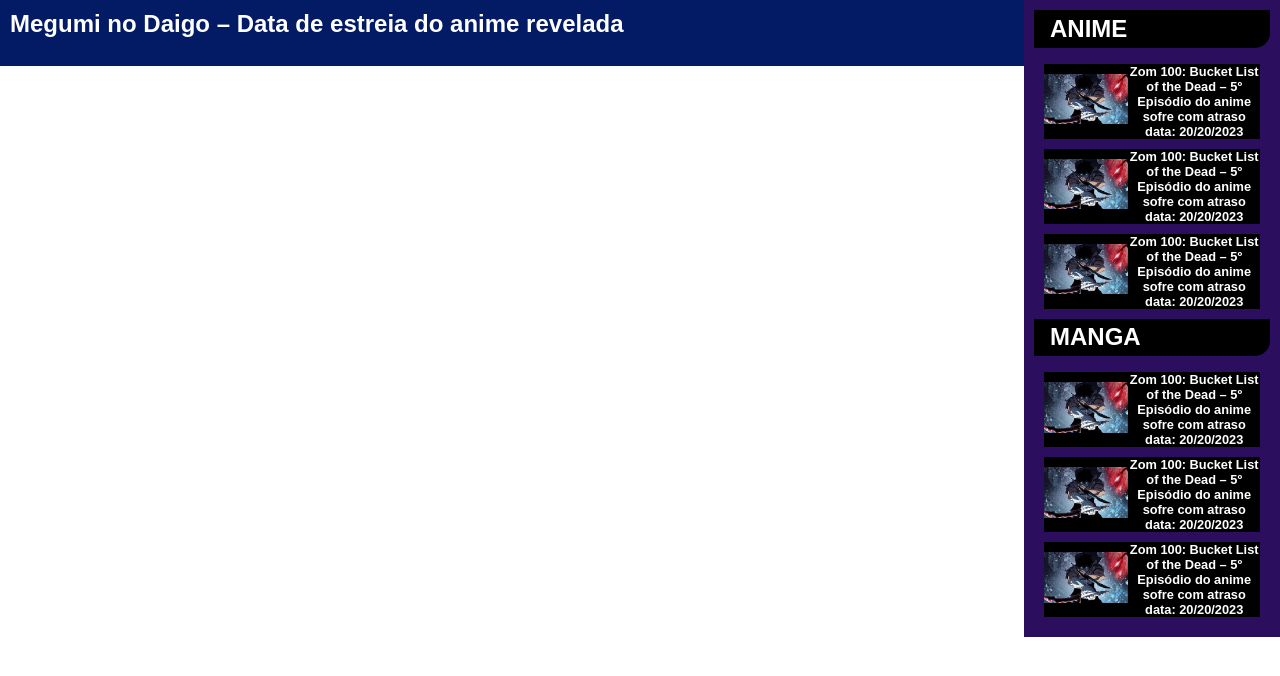
Repository: GabriellShi/blog-anime
Page: a-noticia.html
The author's editor kept a copy of each file at every save. The page is drawn from the files as they stood at one save, then again after the next save.
The browser window is 1280 px wide. The pictures show the whole page.

Above is the page before, as saved 2023-08-03 22:55:42.

After the next save:
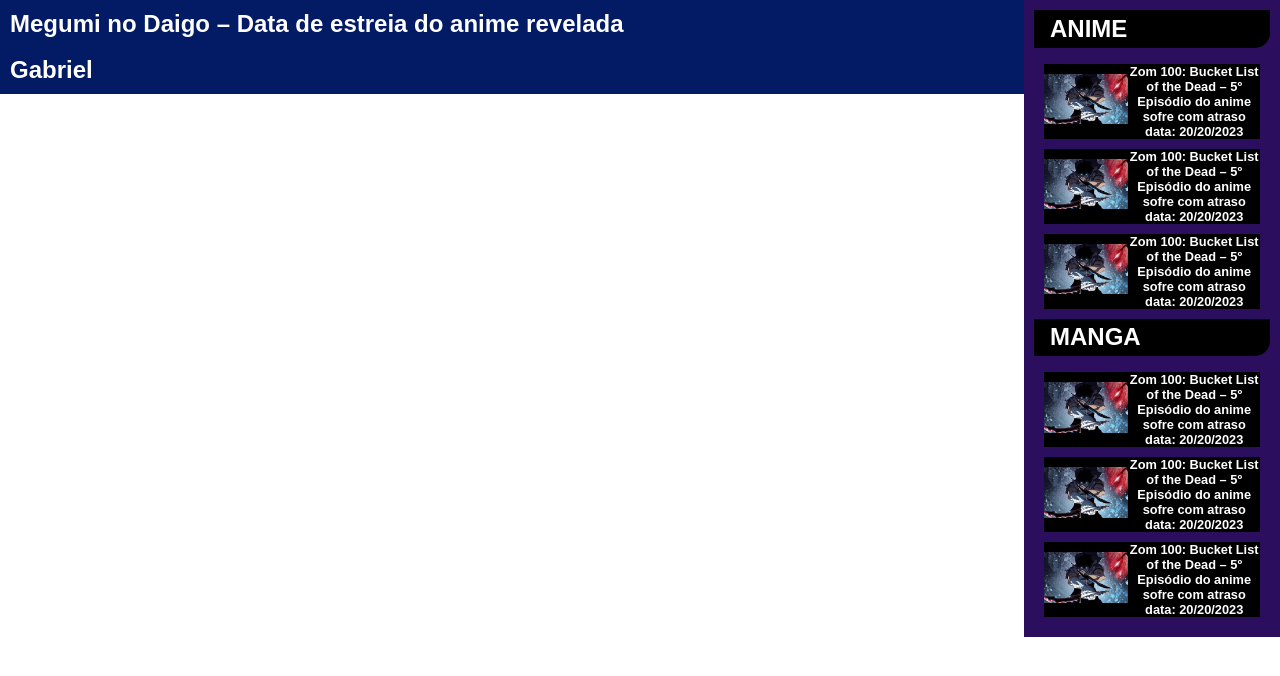
Saved 18 s later.
--- a/a-noticia.html
+++ b/a-noticia.html
@@ -13,7 +13,7 @@
         <div>
             <div>
                 <img src="" alt="">
-                <h2></h2>
+                <h2>Gabriel</h2>
             </div>
             <div></div>
         </div>
